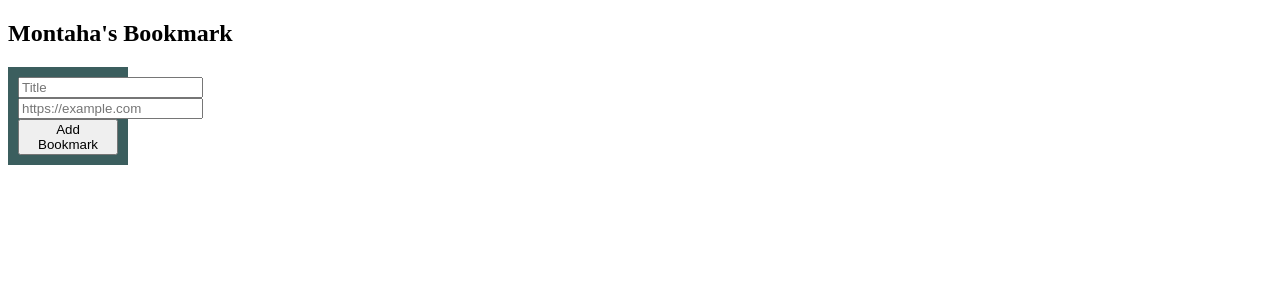
Repository: eidimontaha18-maker/finalproject
Page: index.html
The author's editor kept a copy of each file at every save. The page is drawn from the files as they stood at one save, then again after the next save.
The browser window is 1280 px wide. The pictures show the whole page.

Above is the page before, as saved 2025-11-25 23:20:56.

After the next save:
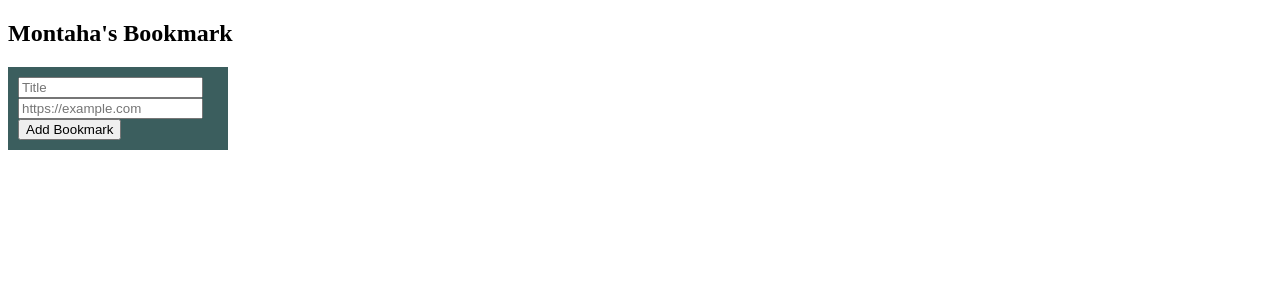
Saved 8 s later.
--- a/style.css
+++ b/style.css
@@ -1,5 +1,5 @@
 .addbookmark{
     background-color: rgb(59, 94, 94);
     padding: 10px;
-    width: 100px;
+    width: 200px;
 }
